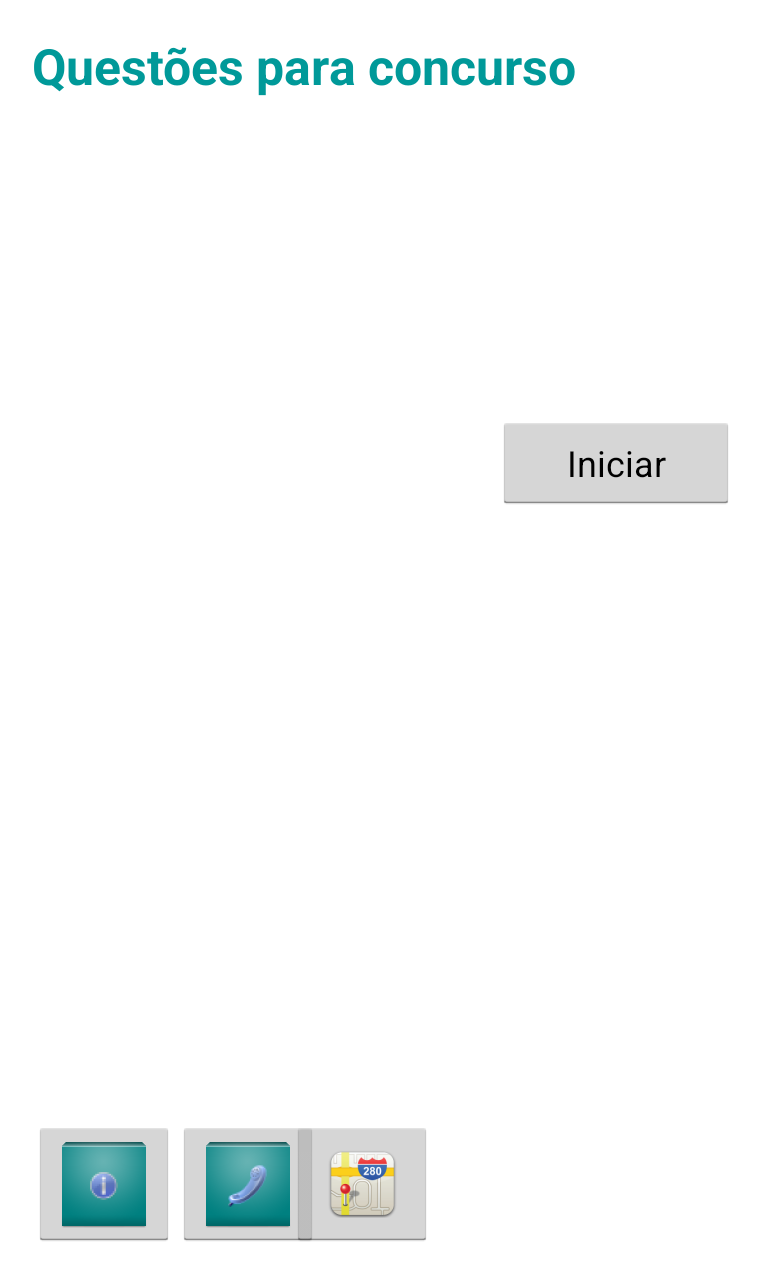
Repository: lmqs/ProjetoAndroid
Layout: TopicosProjeto/res/layout/activity_principal.xml
These files come from the project's save history. The layout is drawn as it stood at one moment and after the next save; the edit follows.
It is drawn on a 768 x 1280 px phone screen (xhdpi) without system bars, with theme AppTheme; the app's code is not run.

Above is the layout before, as saved 2014-04-27 03:09:50.

After the next save:
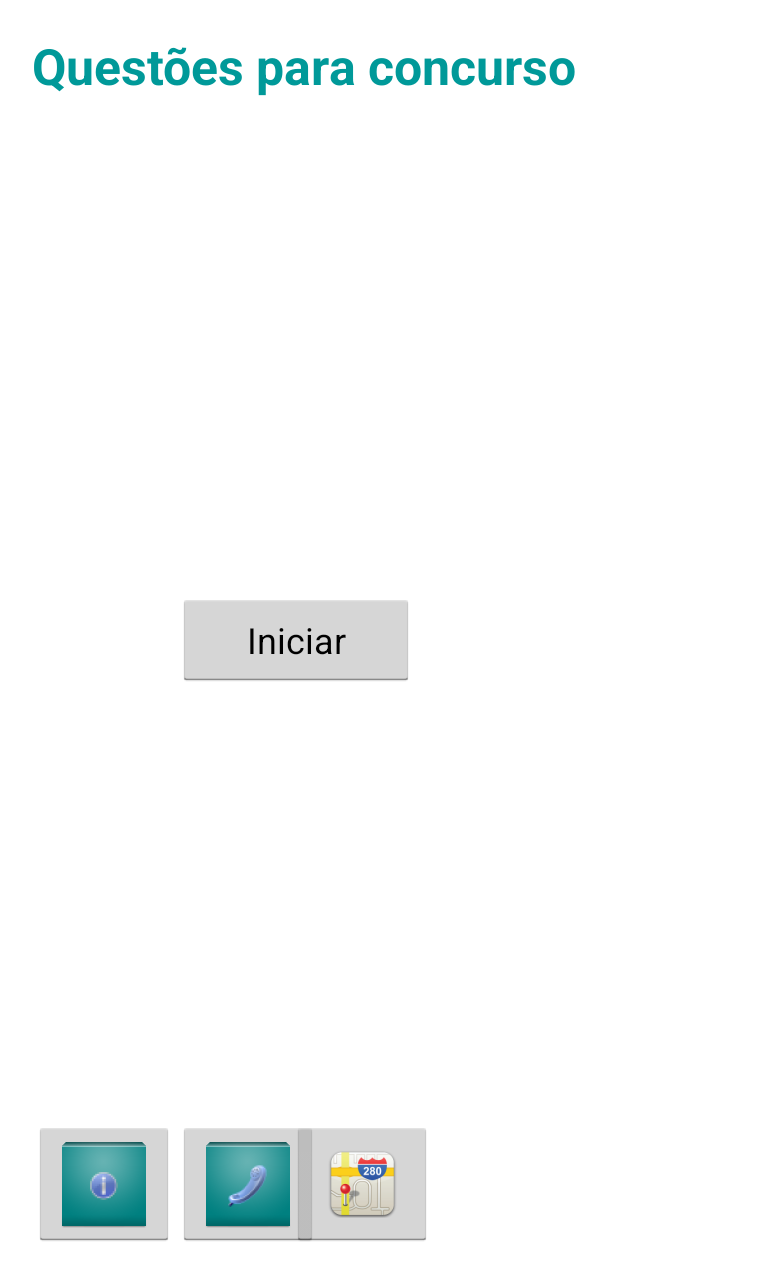
Saved 59 s later.
--- a/TopicosProjeto/res/layout/activity_principal.xml
+++ b/TopicosProjeto/res/layout/activity_principal.xml
@@ -37,11 +37,6 @@
         android:layout_marginTop="158dp"
         android:orientation="vertical" >
 
-        <Button
-            android:id="@+id/button1"
-            android:layout_width="120dp"
-            android:layout_height="wrap_content"
-            android:text="@string/btnInciar" />
     </LinearLayout>
 
     <ImageButton
@@ -69,4 +64,13 @@
         android:layout_marginLeft="57dp"
         android:src="@drawable/maps" />
 
+    <Button
+        android:id="@+id/button1"
+        android:layout_width="120dp"
+        android:layout_height="wrap_content"
+        android:layout_centerVertical="true"
+        android:layout_toRightOf="@+id/imageButton1"
+        android:gravity="center_vertical|center_horizontal|center"
+        android:text="@string/btnInciar" />
+
 </RelativeLayout>
